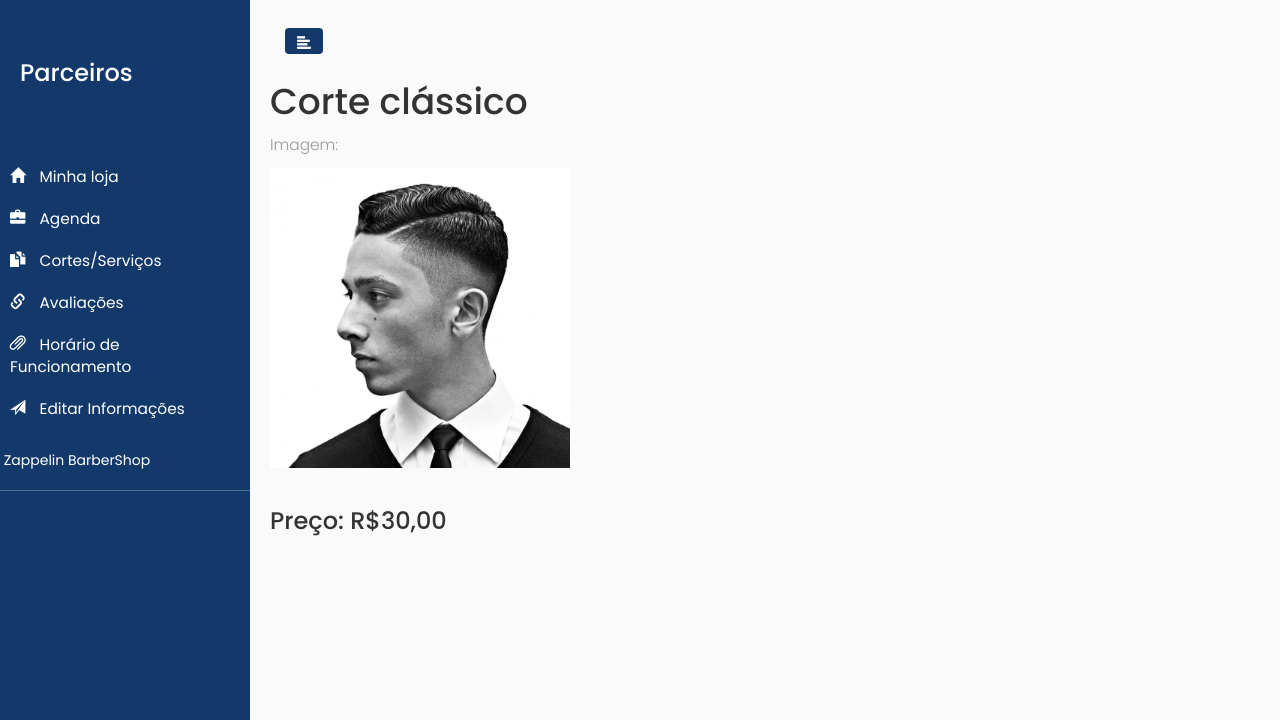
Repository: aquilesascar/barberconnect
Page: http://localhost/corteclassico.php
These files come from the project's save history. The page is drawn as it stood at one moment and after a run of saves; the edit follows.
The browser window is 1280 px wide. The pictures show the whole page.
The page is run by PHP 8.4 with error messages shown; the project is at /var/www/html/.

Above is the page before, as saved 2023-10-09 14:26:39.

### corteclassico.php
<!DOCTYPE html>
<html>
    <head>
        <meta charset="utf-8">
        <meta name="viewport" content="width=device-width, initial-scale=1.0">
        <meta http-equiv="X-UA-Compatible" content="IE=edge">

        <title>Barra de tarefas</title>

         <!-- Bootstrap CSS CDN -->
        <link rel="stylesheet" href="https://maxcdn.bootstrapcdn.com/bootstrap/3.3.7/css/bootstrap.min.css">
        <!-- Our Custom CSS -->
        <link rel="stylesheet" href="../TCC/assets/css/style4.css">

    </head>
    <body>
        <div class="wrapper">
        <?php
        //INCLUSÃO DO MENU
        include_once('menu.php');
        ?>
            <!-- Page Content Holder -->
            <div id="content">


                    <div class="container-fluid">

                        <div class="navbar-header">
                            <button type="button" id="sidebarCollapse" class="btn btn-info navbar-btn">
                                <i class="glyphicon glyphicon-align-left"></i>

                            </button>
                        </div>

                        <div class="collapse navbar-collapse" id="bs-example-navbar-collapse-1">

                        </div>
                    </div>
                </nav>

                <h1>Corte clássico</h1>
                <p>Imagem:</p>
                <img src="../TCC/assets/img/classiccorte.webp" alt="" class="img">
                <style>
                    .img{
                        width: 300px;
                        height: auto;
                    }
                </style>
                <h3>Preço: R$30,00</h3>

            </div>
        </div>

        <!-- jQuery CDN -->
         <script src="https://code.jquery.com/jquery-1.12.0.min.js"></script>
         <!-- Bootstrap Js CDN -->
         <script src="https://maxcdn.bootstrapcdn.com/bootstrap/3.3.7/js/bootstrap.min.js"></script>

         <script type="text/javascript">
             $(document).ready(function () {
                 $('#sidebarCollapse').on('click', function () {
                     $('#sidebar').toggleClass('active');
                 });
             });
         </script>
    </body>
</html>

### menu.php
<nav id="sidebar">
    <div class="sidebar-header">
        <h3>Parceiros</h3>
        <strong>BC</strong>
    </div>

    <ul class="list-unstyled components">
        <li>
            <a href="index4.php">
                <i class="glyphicon glyphicon-home"></i>
                Minha loja
            </a>

        </li>
        <li>
            <a href="agenda.php">
                <i class="glyphicon glyphicon-briefcase"></i>
                Agenda
            </a>

            <a href="corteclassico.php" aria-expanded="false">
                <i class="glyphicon glyphicon-duplicate"></i>
                Cortes/Serviços
            </a>
        </li>
        <li>
            <a href="avaliacoes.php">
                <i class="glyphicon glyphicon-link"></i>
                Avaliações
            </a>
        </li>
        <li>
            <a href="horario.php">
                <i class="glyphicon glyphicon-paperclip"></i>
                Horário de Funcionamento
            </a>
        </li>
        <li>
            <a href="#">
                <i class="glyphicon glyphicon-send"></i>
                Editar Informações
            </a>
        </li>
        <li>
            <a href="#"></a>
            <i class="glyphicon glyphicon-logout"></i>
            Zappelin BarberShop
        </li>
    </ul>

</nav>

### assets/css/style4.css
@import "https://fonts.googleapis.com/css?family=Poppins:300,400,500,600,700";

.form-check form-switch {
    text-align: justify;
}

h2 {
    padding-top: 20px;
}

h3 {
    padding-bottom: 20px;
    padding-top: 20px;
}

#sidebarCollapse {
    display: flex;
    align-items: center;
    justify-content: center;
}

#sidebarCollapse:hover {

    background-color: #05234b;
    color: white;
    align-items: center;
}

#lorem{
    color: #fafafa;
    font-size: 14px;
    user-select: none; /* Evita a seleção de texto */
    cursor: default;   /* Mantém o cursor padrão */
}


.coverImg {
    display: flex;
    justify-content: center;
}

.cover {
    border-radius: 8px;
}

.images {
    padding-bottom: 6% !important;
}

.linha{
    padding-bottom: 3%;
}

.filtros button {
    align-items: center !important;
    justify-content: center;
    border-radius: 25px !important;
    padding: 5px 17px;
    background-color: transparent;
    border-color: #8c8c8c !important;
    color: #8c8c8c;
    font-size: 16px !important;
    margin-right: 20px;
    font-weight: 450;
}

.filtros button:hover {
    background-color: transparent !important;
    /* Remove a mudança de cor de fundo */
    border-color: #6a6a6a !important;
    /* Remove a mudança de cor da borda */
    color: #6a6a6a !important;
    /* Remove a mudança de cor do texto */
}

.btn-primary {
    align-items: center !important;
    justify-content: center;
    border-radius: 5px !important;
    background-color: transparent;
    border-color: #080808 !important;
    color: #8c8c8c;
    font-size: 13px;
    margin-right: 20px;
    font-weight: 450;
}

.btn-primary:hover {
    background-color: transparent !important;
    /* Remove a mudança de cor de fundo */
    border-color: #6a6a6a !important;
    /* Remove a mudança de cor da borda */
    color: #6a6a6a !important;
    /* Remove a mudança de cor do texto */
}

.filtros {
    padding-bottom: 1%;

}

.divForm {
    margin-left: 10%;
    margin-right: 10%;
    border-radius: 6px;
    background-color: white;
    position: relative;
}

.divTable {
    border-radius: 6px;
    background-color: white;
    position: relative;
    box-shadow: 0 4px 8px 0 rgba(0, 0, 0, 0.2);
}

.divTable table {
    width: 100%;
    border-collapse: collapse;
    font-family: Arial, sans-serif;
}

.divTable th {
    background-color: #13396B;
    color: white;
    padding: 10px;
    text-align: center;
}

.divTable td {
    padding: 18px;
    text-align: center;
    border-bottom: 1px solid #ddd;
}

.divTable tr:hover {
    background-color: #f5f5f5;
}

.divTable caption {
    caption-side: top;
    text-align: center;
    font-weight: bold;
}


.barberItem {
    box-sizing: border-box;
    width: calc(100% / 3 - 10px);
    height: 200px;
    display: inline-block;
    position: relative;
    border-radius: 15px; /* Adiciona bordas arredondadas */
    box-shadow: 0 4px 8px 0 rgba(0,0,0,0.2); /* Adiciona sombra */
    transition: transform 0.4s ease, box-shadow 0.2s ease;
    background-color: #ffffff; /* Adiciona cor de fundo */
    padding: 10px 20px;
    margin-right: 6px;
    margin-bottom: 20px; /* Espaçamento entre as linhas */
}

.barberItem:hover {
    border-color: #6a6a6a !important;
    cursor: pointer;
}

.barberItem p {
    padding-left: 15%;
    font-size: 20px !important;
    padding-bottom: 20% !important;
    display: inline-block !important;
}

.barberText {
    margin-left: 85px;
    font-size: 24px;
    align-items: center;
    position: relative;
    top: -78px;
}

.description {
    padding-top: 4%;
}

.itemDescription {
    color: #8c8c8c;
    display: block;
    padding-bottom: 5%;
}

.price {
    padding-top: 5%;
    font-weight: 700;
    font-size: 20px;
}

.infos {
    position: relative;
    top: -1px;
    display: flex;
    justify-content: space-between;
    /* Isso substituirá a necessidade de float: right; */
}

.rightInfo {
    clear: both;
}

.itemName {
    font-size: 20px;
    font-weight: 600;
    position: relative;
}

.bi-star-fill {
    font-size: 16px;

}

.barberInfo {
    padding-top: 5%;
    font-size: 16px;
}

.avaliacao {
    color: rgb(255, 213, 0);
    text-decoration: underline;
    transition: color 0.2s ease;
}

.avaliacao:hover {
    cursor: pointer;
    color: rgb(251, 209, 0);
}

.distancia {
    color: rgba(0, 0, 0, 0.45);
}

.barberText {
    padding-top: 3px;
    font-size: 16px;
}

.barberName {
    font-size: 24px;
    font-weight: 700;
    position: relative;

}

.images img {
    padding-right: 3% !important;
}

body {
    font-family: 'Poppins', sans-serif;
    background: #fafafa;
}

p {
    font-family: 'Poppins', sans-serif;
    font-size: 1.1em;
    font-weight: 300;
    line-height: 1.7em;
    color: #999;
}

a,
a:hover,
a:focus {
    color: inherit;
    text-decoration: none;
    transition: all 0.3s;
}

.navbar {
    padding: 15px 10px;
    background: #fff;
    border: none;
    border-radius: 0;
    margin-bottom: 40px;
    box-shadow: 1px 1px 3px rgba(0, 0, 0, 0.1);
}

.minImg {
    position: absolute;
    right: 0;
    top: 50%;
    transform: translateY(-50%);
    padding-right: 5%;

}


.images img {
    padding-right: 3% !important;
}

.navbar-btn {
    box-shadow: none;
    outline: none !important;
    border: none;
    color: #ffffff;
    background-color: #13396B;
}

.line {
    width: 100%;
    height: 1px;
    border-bottom: 1px dashed #ddd;
    margin: 40px 0;
}

i,
span {
    display: inline-block;
}

/* ---------------------------------------------------
    SIDEBAR STYLE
----------------------------------------------------- */
.wrapper {
    display: flex;
    height: 100%;
    /*align-items: stretch;*/
}

#agenda {
    background-color: #13396B !important;
    color: white;
    cursor: default;
}

#thData:hover {
    cursor: pointer;
}

#sidebar {
    min-width: 250px;
    max-width: 250px;
    background: #13396B;
    color: #ffffff;
    transition: all 0.3s;
}

#sidebar.active {
    min-width: 80px;
    max-width: 80px;
    text-align: center;
}

#sidebar.active .sidebar-header h3,
#sidebar.active .CTAs {
    display: none;
}

#sidebar.active .sidebar-header strong {
    display: block;
}

#sidebar ul li a {
    text-align: left;
}

#sidebar.active ul li a {
    padding: 20px 10px;
    text-align: center;
    font-size: 0.85em;
}

#sidebar.active ul li a i {
    margin-right: 0;
    display: block;
    font-size: 1.8em;
    margin-bottom: 5px;
}

#sidebar.active ul ul a {
    padding: 10px !important;
}

#sidebar.active a[aria-expanded="false"]::before,
#sidebar.active a[aria-expanded="true"]::before {
    top: auto;
    bottom: 5px;
    right: 50%;
    -webkit-transform: translateX(50%);
    -ms-transform: translateX(50%);
    transform: translateX(50%);
}

#sidebar .sidebar-header {
    padding: 20px;
    background: #13396B;
}

#sidebar .sidebar-header strong {
    display: none;
    font-size: 1.8em;
}

#sidebar ul.components {
    padding: 20px 0;
    border-bottom: 1px solid #47748b;
}

#sidebar ul li a {
    padding: 10px;
    font-size: 1.1em;
    display: block;
}

#sidebar ul li a:hover {
    color: #13396B;
    background: #fff;
}

#sidebar ul li a i {
    margin-right: 10px;
}

#sidebar ul li.active>a,
a[aria-expanded="true"] {
    color: #fff;
    background: #13396B;
}


a[data-toggle="collapse"] {
    position: relative;
}

a[aria-expanded="false"]::before,
a[aria-expanded="true"]::before {
    content: '\e259';
    display: block;
    position: absolute;
    right: 20px;
    font-family: 'Glyphicons Halflings';
    font-size: 0.6em;
}

a[aria-expanded="true"]::before {
    content: '\e260';
}


ul ul a {
    font-size: 0.9em !important;
    padding-left: 30px !important;
    background: #13396B;
}

ul.CTAs {
    padding: 20px;
}

ul.CTAs a {
    text-align: center;
    font-size: 0.9em !important;
    display: block;
    border-radius: 5px;
    margin-bottom: 5px;
}

a.download {
    background: #13396B;
    color: #13396B;
}

a.article,
a.article:hover {
    background: #13396B !important;
    color: #fff !important;
}

#imgCorte {
    width: 100px;
}

/* ---------------------------------------------------
    CONTENT STYLE
----------------------------------------------------- */
#content {
    padding: 20px;
    min-height: 100vh;
    transition: all 0.3s;
}


/* ---------------------------------------------------
    MEDIAQUERIES
----------------------------------------------------- */
@media (max-width: 768px) {
    #sidebar {
        min-width: 80px;
        max-width: 80px;
        text-align: center;
        margin-left: -80px !important;
    }

    a[aria-expanded="false"]::before,
    a[aria-expanded="true"]::before {
        top: auto;
        bottom: 5px;
        right: 50%;
        -webkit-transform: translateX(50%);
        -ms-transform: translateX(50%);
        transform: translateX(50%);
    }

    #sidebar.active {
        margin-left: 0 !important;
    }

    #sidebar .sidebar-header h3,
    #sidebar .CTAs {
        display: none;
    }

    #sidebar .sidebar-header strong {
        display: block;
    }

    #sidebar ul li a {
        padding: 20px 10px;
    }

    #sidebar ul li a span {
        font-size: 0.85em;
    }

    #sidebar ul li a i {
        margin-right: 0;
        display: block;
    }

    #sidebar ul ul a {
        padding: 10px !important;
    }

    #sidebar ul li a i {
        font-size: 1.3em;
    }

    #sidebar {
        margin-left: 0;
    }

    #sidebarCollapse span {
        display: none;
    }
}

After the next 2 saves:
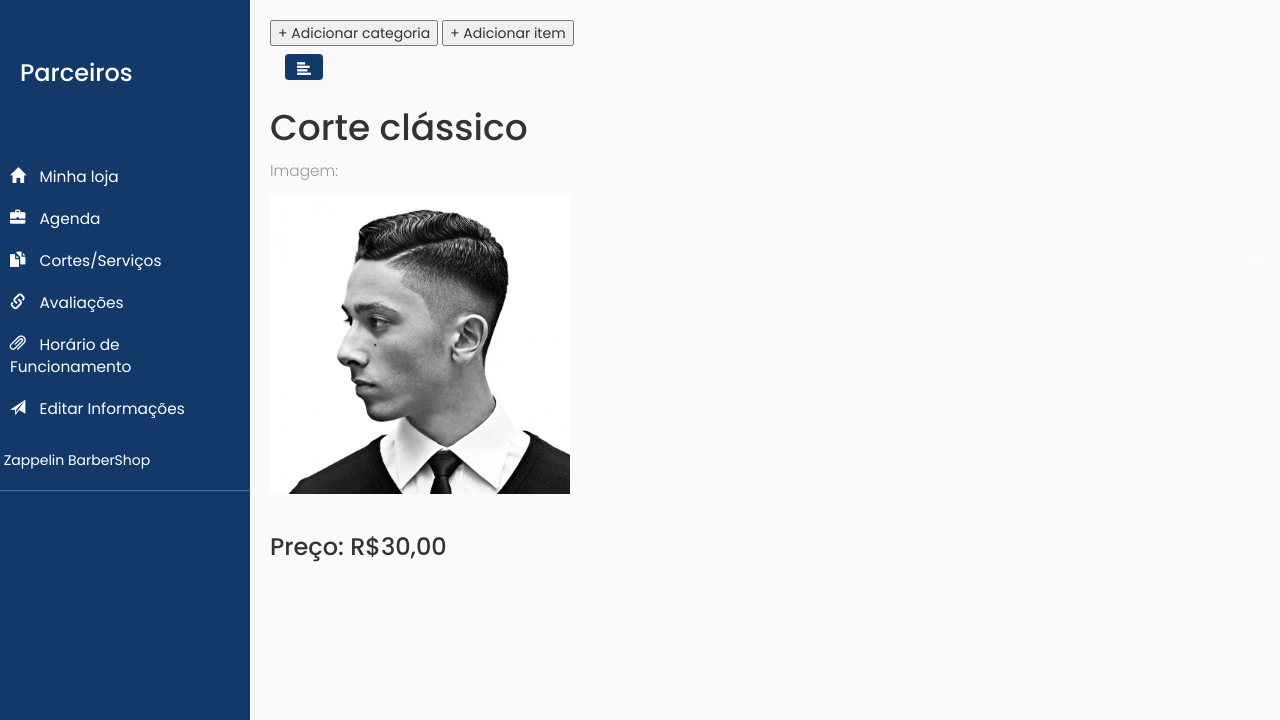
The 2 saves are shown as one change because they came seconds apart.
The last was saved 18 s later.
--- a/corteclassico.php
+++ b/corteclassico.php
@@ -22,6 +22,8 @@
             <!-- Page Content Holder -->
             <div id="content">
 
+            <button class="categoria">+ Adicionar categoria</button>
+            <button class="item">+ Adicionar item</button>
 
                     <div class="container-fluid">
 

After the 2 saves that followed:
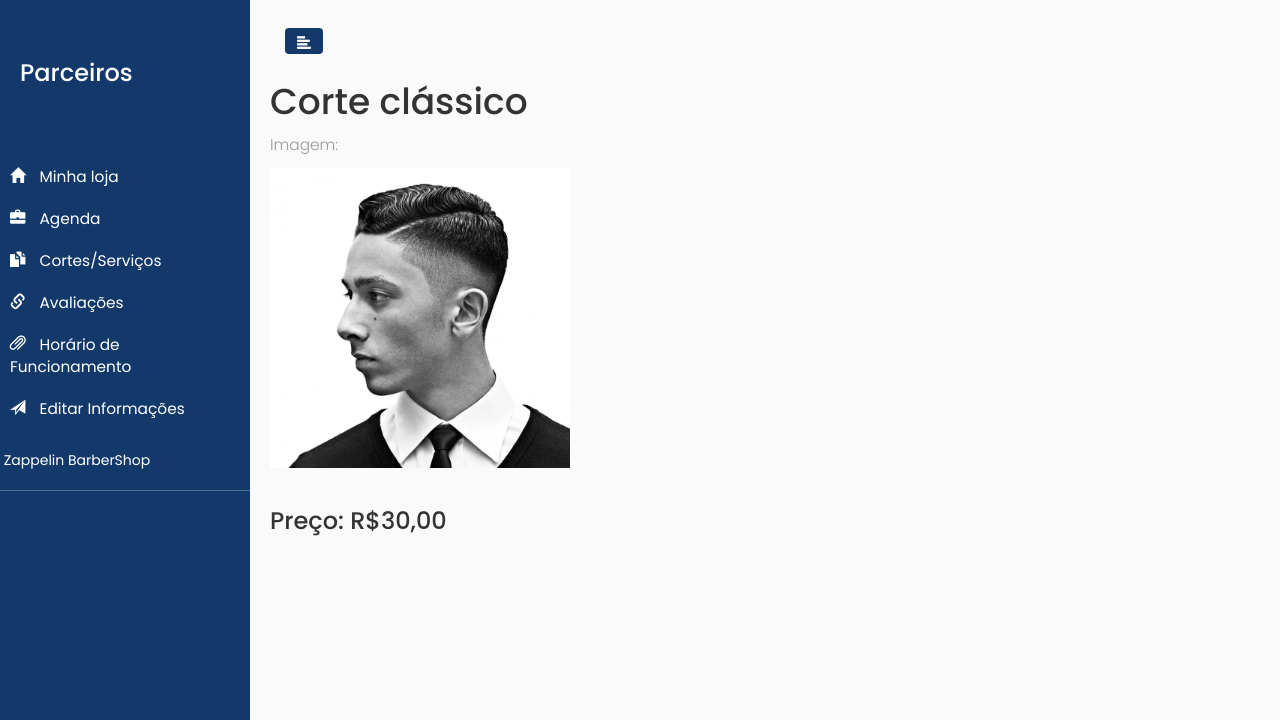
The 2 saves are shown as one change because they came seconds apart.
The last was saved 6 s later.
--- a/corteclassico.php
+++ b/corteclassico.php
@@ -22,8 +22,6 @@
             <!-- Page Content Holder -->
             <div id="content">
 
-            <button class="categoria">+ Adicionar categoria</button>
-            <button class="item">+ Adicionar item</button>
 
                     <div class="container-fluid">
 
